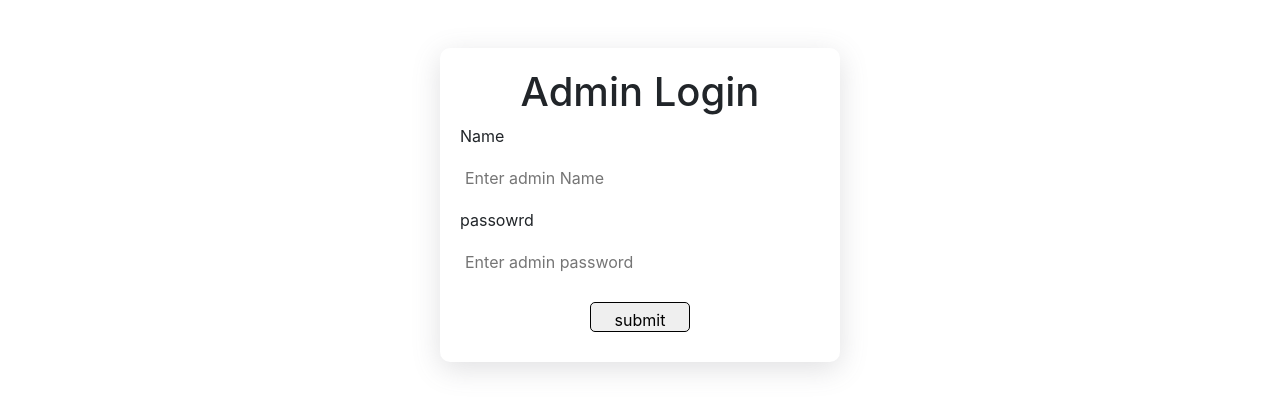
Repository: parthikjadav/parthik-react-practicle-exam
Page: /
An editor plug-in stored every save of this project. The page is shown before and after the next save, followed by the edit.
The browser window is 1280 px wide. The pictures show the whole page.
The project was rebuilt for these pictures with package versions that can differ from the ones it lists, and the page was loaded fresh each time. Requests to the local data server were answered from the project's data file. Also part of the build but not shown: src/App.css, src/componet/page/Reservationform.jsx, src/componet/page/Reservationlist.jsx, src/componet/header/navdata.js, src/componet/header/Navbar.jsx.

Above is the page before, as saved 2024-05-16 10:45:29.

### public/index.html
<!DOCTYPE html>
<html lang="en">
  <head>
    <meta charset="utf-8" />
    <link rel="icon" href="%PUBLIC_URL%/favicon.ico" />
    <meta name="viewport" content="width=device-width, initial-scale=1" />
    <meta name="theme-color" content="#000000" />
    <meta
      name="description"
      content="Web site created using create-react-app"
    />
    <link rel="apple-touch-icon" href="%PUBLIC_URL%/logo192.png" />
    <link href="https://cdn.jsdelivr.net/npm/bootstrap@5.0.2/dist/css/bootstrap.min.css" rel="stylesheet" integrity="sha384-EVSTQN3/azprG1Anm3QDgpJLIm9Nao0Yz1ztcQTwFspd3yD65VohhpuuCOmLASjC" crossorigin="anonymous">
    <!--
      manifest.json provides metadata used when your web app is installed on a
      user's mobile device or desktop. See https://developers.google.com/web/fundamentals/web-app-manifest/
    -->
    <link rel="manifest" href="%PUBLIC_URL%/manifest.json" />
    <script src="https://cdn.jsdelivr.net/npm/bootstrap@5.0.2/dist/js/bootstrap.bundle.min.js" integrity="sha384-MrcW6ZMFYlzcLA8Nl+NtUVF0sA7MsXsP1UyJoMp4YLEuNSfAP+JcXn/tWtIaxVXM" crossorigin="anonymous"></script>
    <!--
      Notice the use of %PUBLIC_URL% in the tags above.
      It will be replaced with the URL of the `public` folder during the build.
      Only files inside the `public` folder can be referenced from the HTML.

      Unlike "/favicon.ico" or "favicon.ico", "%PUBLIC_URL%/favicon.ico" will
      work correctly both with client-side routing and a non-root public URL.
      Learn how to configure a non-root public URL by running `npm run build`.
    -->
    <title>React App</title>
  </head>
  <body>
    <noscript>You need to enable JavaScript to run this app.</noscript>
    <div id="root"></div>
    <!--
      This HTML file is a template.
      If you open it directly in the browser, you will see an empty page.

      You can add webfonts, meta tags, or analytics to this file.
      The build step will place the bundled scripts into the <body> tag.

      To begin the development, run `npm start` or `yarn start`.
      To create a production bundle, use `npm run build` or `yarn build`.
    -->
  </body>
</html>

### src/index.js
import React from 'react';
import ReactDOM from 'react-dom/client';
import './index.css';
import App from './App';
import { BrowserRouter } from 'react-router-dom';
import { Provider } from 'react-redux';
import store from './componet/redux-saga/store';


const root = ReactDOM.createRoot(document.getElementById('root'));
root.render(
  <BrowserRouter>
    <React.StrictMode>
      <Provider store={store}>
      <App />
      </Provider>
    </React.StrictMode>
  </BrowserRouter>

);

### src/App.js
import { Route, Routes } from 'react-router-dom';
import './App.css';
import Adminlogin from './componet/page/Adminlogin';
import Reservationfrom from './componet/page/Reservationform';
import Reservationlist from './componet/page/Reservationlist';
import Navbar from './componet/header/Navbar';
import { useEffect } from 'react';
import { useDispatch } from 'react-redux';
import { GET_ROOM_PENDING } from './componet/redux-saga/room/action';
import { base_url, get_url } from './url';

const getRole = () => {
  const role = localStorage.getItem("role");
  return role;
};


function App() {

  const role = getRole();
  let dispatch = useDispatch();

  useEffect(() => {
    let url = base_url + get_url;
    dispatch({ type: GET_ROOM_PENDING, payload: url })
  })


  if (!role || role === "") {
    return (
      <Routes>
        <Route path="/" element={<Adminlogin />} />
      </Routes>
    );
  }

  if (role === "admin") {
    return (
      <>
        <Navbar />
        <Routes>
          <Route path="/reservation" element={<Reservationfrom />} />
          <Route path="/ReservationList" element={<Reservationlist />} />
        </Routes>
      </>
    );
  }



}

export default App;

### src/componet/redux-saga/store.js
import { applyMiddleware, createStore } from "redux";
import createSagaMiddleware from "redux-saga";
import { composeWithDevTools } from "@redux-devtools/extension";
import rootReducers from "./rootreducer";
import rootSaga from "./saga";



let sagaMiddleware = createSagaMiddleware();
const store = createStore(
    rootReducers,
    composeWithDevTools(applyMiddleware(sagaMiddleware))
);

sagaMiddleware.run(rootSaga)

export default store

### src/componet/page/Adminlogin.jsx
import React, { useRef } from 'react'
import "./AdminLogin.css"

const Adminlogin = () => {
    let name = useRef();
    let passowrd = useRef();

    const logindata = async () => {
        let data = {
            name: name.current.value,
            password: passowrd.current.value
        }
        console.log(data);
        if ("jignesh" == data.name && "3315" == data.password) {
            localStorage.setItem("role", "admin");
            window.location.href = "/reservation"
            console.log("login successfull");
            alert("login successfull")
        } else {
            alert("Error")
        }
    }
    return (
        <>
            <div class="mx-auto m-5 form" style={{ width: "400px" }}>
                <h1>Admin Login </h1>
                <label>Name  </label>
                <input type="text" placeholder='Enter admin Name' ref={name} />
                <label>passowrd </label>
                <input type="password" placeholder='Enter admin password' ref={passowrd} />
                <button onClick={logindata}>submit</button>
            </div>
        </>

    )
}

export default Adminlogin

### src/componet/redux-saga/room/action.js
//get action
export const GET_ROOM_PENDING = "GET_ROOM_PENDING";
export const GET_ROOM_SUCCESS = "GET_ROOM_SUCCESS";
export const GET_ROOM_ERROR = "GET_ROOM_ERROR";

//post action
export const POST_ROOM_PENDING = "POST_ROOM_PENDING";
export const POST_ROOM_SUCCESS = "POST_ROOM_SUCCESS";
export const POST_ROOM_ERROR = "POST_ROOM_ERROR";

//DELETE action
export const DELETE_ROOM_PENDING = "DELETE_ROOM_PENDING";
export const DELETE_ROOM_SUCCESS = "DELETE_ROOM_SUCCESS";
export const DELETE_ROOM_ERROR = "DELETE_ROOM_ERROR";

//UPDATA action
export const UPDATA_ROOM_PENDING = "UPDATA_ROOM_PENDING";
export const UPDATA_ROOM_SUCCESS = "UPDATA_ROOM_SUCCESS";
export const UPDATA_ROOM_ERROR = "UPDATA_ROOM_ERROR";

### src/url.js
export const base_url = "http://localhost:5000";

export const post_url = "/room";

export const get_url = "/room"

export const delete_url = "/room/"

export const updata_url = "/room/"

### src/componet/redux-saga/rootreducer.js
import { combineReducers } from "redux";
import roomReducer from "./room/reducer";


let rootReducers = combineReducers({
    roomReducer,
});

export default  rootReducers;

### src/componet/redux-saga/saga/index.js
import { all, call, put, takeLatest } from "redux-saga/effects";
import { DELETE_ROOM_ERROR, DELETE_ROOM_PENDING, DELETE_ROOM_SUCCESS, GET_ROOM_ERROR, GET_ROOM_PENDING, GET_ROOM_SUCCESS, POST_ROOM_ERROR, POST_ROOM_PENDING, POST_ROOM_SUCCESS, UPDATA_ROOM_ERROR, UPDATA_ROOM_PENDING, UPDATA_ROOM_SUCCESS } from "../room/action";
import { delete_room, get_room, post_room, updata_room } from "../room/api";

function* handle_post_room(action) {
    // console.log(action, "action from handle post room");
    try {
        let { data, status } = yield call(post_room, action);
        // console.log(data, status, "data and status from handle post room");
        if (status == 201 || status == 200) {
            yield put({ type: POST_ROOM_SUCCESS, data });
        } else {
            yield put({ type: POST_ROOM_ERROR, data });
        }
    }
    catch (error) {
        yield put({ type: POST_ROOM_ERROR, data: error })
    }
}

function* handle_get_room(action) {
    // console.log(action, "action from handle get room");
    try {
        let { data, status } = yield call(get_room, action);
        // console.log(data, status, "data and status from handle get room");
        if (status == 200) {
            yield put({ type: GET_ROOM_SUCCESS, data });
        }
        else {
            yield put({ type: GET_ROOM_ERROR, data });
        }
    }
    catch (error) {
        yield put({ type: GET_ROOM_ERROR, data: error });
    }
}

function* handle_delete_room(action) {
    // console.log(action, "action from handle delete room");
    try {
        let { data, status } = yield call(delete_room, action);
        // console.log(data, status, "data and status from handle delete room");
        if (status == 200) {
            yield put({ type: DELETE_ROOM_SUCCESS, data });
        } else {
            yield put({ type: DELETE_ROOM_ERROR, data });
        }
    }
    catch (error) {
        yield put({ type: DELETE_ROOM_ERROR, daat: error })
    }
}

function* handle_updata_room(action) {
    console.log(action, "action from handle updata room");
    try {
        let { data, status } = yield call(updata_room, action);
        console.log(data, status, "data and status from handle updata room");
        if (status == 200) {
            yield put({ type: UPDATA_ROOM_SUCCESS, data });
        }
        else {
            yield put({ type: UPDATA_ROOM_ERROR, data });
        }
    }
    catch (error) {
        yield put({ type: UPDATA_ROOM_ERROR, data: error })
    }
}

function* handle_post_room_saga() {
    yield takeLatest(POST_ROOM_PENDING, handle_post_room)
}

function* handle_get_room_saga() {
    yield takeLatest(GET_ROOM_PENDING, handle_get_room)
}

function* handle_delete_room_saga() {
    yield takeLatest(DELETE_ROOM_PENDING, handle_delete_room)
}

function* handle_updata_room_saga() {
    yield takeLatest(UPDATA_ROOM_PENDING, handle_updata_room)
}

function* rootSaga() {
    yield all([handle_post_room_saga(), handle_get_room_saga(), handle_delete_room_saga() , handle_updata_room_saga()])
}

export default rootSaga

### src/componet/page/AdminLogin.css
.form{
  width: 200px;
  padding: 20px;
  /* margin: 0px auto; */
  display: flex;
  flex-direction: column;
  justify-content: center;
  align-items: center;
  border-radius: 10px;
  box-shadow: rgba(100, 100, 111, 0.2) 0px 7px 29px 0px;
}
.form input{
  width: 100%;
  height: 40px;
  margin: 10px 0px;
  background-color: white;
  border: 0px solid black;
  border-radius: 5px;
  padding: 5px;
}
.form label{
  margin-right: auto;
}
.form button{
  width: 100px;
  height: 30px;
  margin: 10px 0px;
  border: 1px solid black;
  border-radius: 5px;
  padding: 5px;
}

### src/componet/redux-saga/room/reducer.js
import { DELETE_ROOM_ERROR, DELETE_ROOM_PENDING, DELETE_ROOM_SUCCESS, GET_ROOM_ERROR, GET_ROOM_PENDING, GET_ROOM_SUCCESS, POST_ROOM_PENDING, POST_ROOM_SUCCESS, UPDATA_ROOM_ERROR, UPDATA_ROOM_PENDING, UPDATA_ROOM_SUCCESS } from "./action";


let initialState = {
    room: [],
    isLoading: false,
    isError: null,
};

let roomReducer = (state = initialState, action) => {
    console.log(action, "action from reducer");
    switch (action.type) {
        //post user
        case POST_ROOM_PENDING: {
            return {
                isLoading: true,
                ...state,
            }
        }
        case POST_ROOM_SUCCESS: {
            return {
                isLoading: false,
                room: state.room.concat(action.data),
            }
        }
        case POST_ROOM_SUCCESS: {
            return {
                isError: action.data,
                ...state,
            }
        }
        //get user
        case GET_ROOM_PENDING: {
            return {
                isLoading: true,
                ...state,
            }
        }
        case GET_ROOM_SUCCESS: {
            return {
                isLoading: false,
                room: action.data,
            }
        }
        case GET_ROOM_ERROR: {
            return {
                ...state,
                isError: action.data,
            }
        }
        //delete user
        case DELETE_ROOM_PENDING: {
            return {
                isLoading: true,
                ...state,
            }
        }
        case DELETE_ROOM_SUCCESS: {
            return {
                isLoading: false,
                room: state.room.filter((item) => item.id != action.data.id)
            }
        }
        case DELETE_ROOM_ERROR: {
            return {
                isLoading: false,
                isError: action.data,
            }
        }
        //update user
        case UPDATA_ROOM_PENDING: {
            return {
                isLoading: true,
                ...state,
            }
        }
        case UPDATA_ROOM_SUCCESS: {
            return {
                isLoading: false,
                room: state.room.map((value, index) => {
                    if (value.id == action.data.id) {
                        return {
                            ...value,
                            ...action.data,
                        }
                    } else {
                        return value;
                    }
                })
            }
        }
        case UPDATA_ROOM_ERROR: {
            return {
                isError: action.data,
                ...state,
            }
        }
        default: {
            return {
                ...state,
            }
        }
    }
}

export default roomReducer

### src/componet/redux-saga/room/api.js
import axios from "axios";
import { base_url, delete_url, get_url, post_url, updata_url } from "../../../url";


let post_room = (action) => {
    // console.log(action ,"this action from post room");
    return axios.post(base_url + post_url, action.payload).then((res) => {
        // console.log(res,"res is post room");
        let data = res.data;
        let status = res.status;
        return { data, status }
    })
}

let get_room = (action) => {
    // console.log(action, "this action from get rom");
    return axios.get(base_url + get_url).then((res) => {
        // console.log(res, "res is get rom");
        let data = res.data;
        let status = res.status;
        return { data, status }
    })
}

let delete_room = (action) => {
    // console.log(action, "this action from delete room");
    return axios.delete(base_url + delete_url + action.payload).then((res) => {
        // console.log(res, "res is delete room");
        let data = res.data;
        let status = res.status;
        return { data, status };
    })
}

let updata_room = (action) => {
    console.log(action, "this action from updata room");
    return axios.put(base_url + updata_url + action.payload.id, action.payload).then((res) => {
        console.log(res, "res is updata room");
        let data = res.data;
        let status = res.status;
        return { data, status }
    })
}

export { post_room, get_room, delete_room, updata_room }

### db.json
{
  "room": [
    {
      "id": "8675",
      "name": "jignesh",
      "mobile": "1235467892",
      "address": "kamrej surat",
      "arrival": "2024-05-10",
      "checkout": "2024-05-14",
      "roomlist": "platinum",
      "roomtype": "double bedroom",
      "lunchtime": "breakfast and lunch"
    },
    {
      "id": "50ac",
      "name": "test",
      "mobile": "9876543214",
      "address": "surat",
      "arrival": "2024-05-02",
      "checkout": "2024-05-12",
      "roomlist": "prime",
      "roomtype": "double bedroom",
      "lunchtime": "breakfast and lunch"
    },
    {
      "id": "c1a8",
      "name": "abcd",
      "mobile": "7539684216",
      "address": "surat",
      "arrival": "2024-05-05",
      "checkout": "2024-05-07",
      "roomlist": "platinum",
      "roomtype": "single bedroom",
      "lunchtime": "breakfast"
    }
  ]
}

Loaded but not shown: src/index.css (common file)

After the next save:
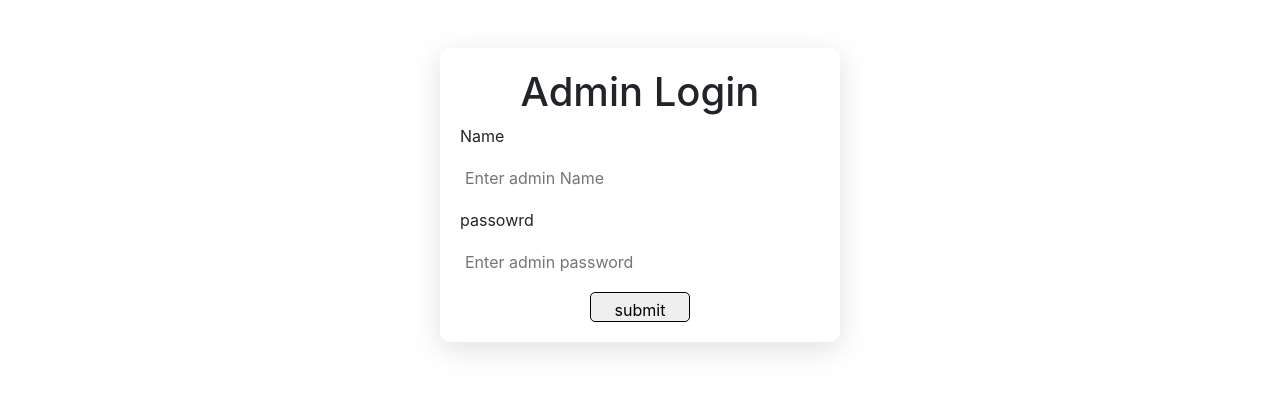
Saved 86 s later.
--- a/src/componet/page/AdminLogin.css
+++ b/src/componet/page/AdminLogin.css
@@ -24,7 +24,6 @@
 .form button{
   width: 100px;
   height: 30px;
-  margin: 10px 0px;
   border: 1px solid black;
   border-radius: 5px;
   padding: 5px;

After the save that followed:
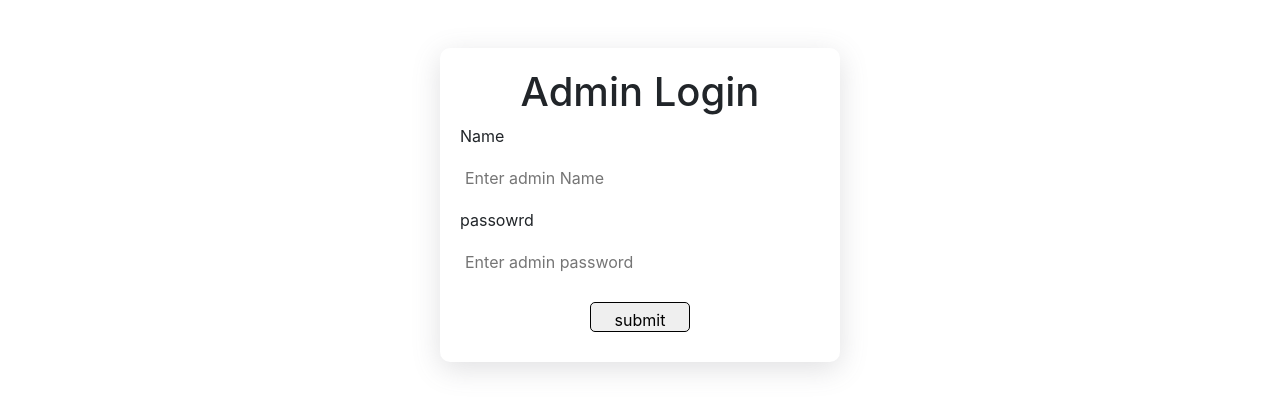
Saved 5 s later.
--- a/src/componet/page/AdminLogin.css
+++ b/src/componet/page/AdminLogin.css
@@ -24,6 +24,7 @@
 .form button{
   width: 100px;
   height: 30px;
+  margin: 10px 0px;
   border: 1px solid black;
   border-radius: 5px;
   padding: 5px;
